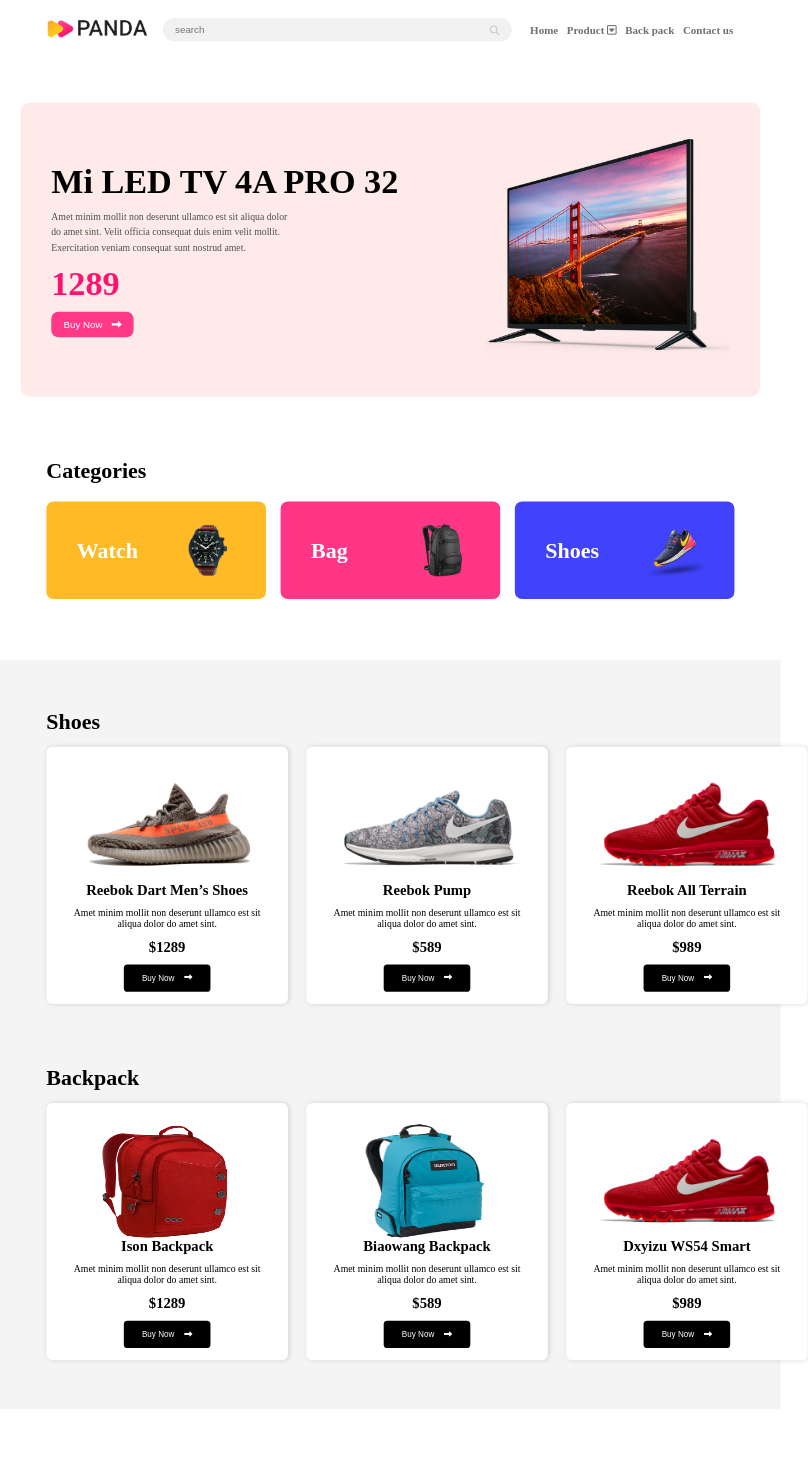
Repository: nahid-hasann/website-4
Page: index.html
These files come from the project's save history. The page is drawn as it stood at one moment and after a run of saves; the edit follows.
The browser window is 1280 px wide. The page is 1324 px wide, so the pictures cover 1324 px, including what lies to the right of the window. The pictures show the whole page, at 61% of full size.

Above is the page before, as saved 2025-07-13 23:26:51.

### index.html
<!DOCTYPE html>
<html lang="en">
<head>
    <meta charset="UTF-8">
    <meta name="viewport" content="width=device-width, initial-scale=10">
    <title>PanDa</title>
    <link rel="preconnect" href="https://fonts.googleapis.com">
<link rel="preconnect" href="https://fonts.gstatic.com" crossorigin>
<link href="https://fonts.googleapis.com/css2?family=Inter:ital,opsz,wght@0,14..32,100..900;1,14..32,100..900&family=Open+Sans:ital,wght@0,300..800;1,300..800&family=Poppins:ital,wght@0,100;0,200;0,300;0,400;0,500;0,600;0,700;0,800;0,900;1,100;1,200;1,300;1,400;1,500;1,600;1,700;1,800;1,900&family=Raleway:ital,wght@0,100..900;1,100..900&display=swap" rel="stylesheet">
    <link rel="stylesheet" href="style.css">
   <link rel="stylesheet" href="https://cdnjs.cloudflare.com/ajax/libs/font-awesome/6.7.2/css/all.min.css" integrity="sha512-Evv84Mr4kqVGRNSgIGL/F/aIDqQb7xQ2vcrdIwxfjThSH8CSR7PBEakCr51Ck+w+/U6swU2Im1vVX0SVk9ABhg==" crossorigin="anonymous" referrerpolicy="no-referrer" />
</head>
<body>

<header class="main-header">

<div class="header-img">
     <img src="assets/images/logo.png" alt="">
</div>

<div class="search-bar">
     <input type="text" name="" placeholder="search" id="">
     <i class="fa-solid fa-magnifying-glass"></i>
</div>

<nav class="navv">
    <div class="menu-bar">

<ul>
    <li>Home</li>
    <li>
        Product
        <i class="fa-regular fa-square-caret-down"></i>

        <ul>
            <li>Product 1</li>
            <li>Product 2</li>
            <li>Product 3</li>
            <li>Product 4</li>
            <li>Product 5</li>

        </ul>
    </li>
    <li>Back pack</li>
    <li>Contact us</li>
</ul>

</div>

</nav>


</header>


<main>

<section class="herosection-with-categroy">

 <div class="hero-section">

        <div class="hero-content">
            <h1>Mi LED TV 4A PRO 32</h1>
            <p>Amet minim mollit non deserunt ullamco est sit aliqua dolor <br> do amet sint. Velit officia consequat duis enim velit mollit. <br> Exercitation veniam consequat sunt nostrud amet.</p>
            <h1 class="songkha">1289</h1>
            <button class="btn">Buy Now<i class="fa-solid fa-right-long"></i></button>
        </div>

        <div class="hero-img">
            <img src="assets/images/banner-images/tv.png" alt="">
        </div>

    </div>


    <div class="hero-section-under">

        <h1>Categories</h1>

        <div class="hero-section-under-btn">

            <div class="category watch">
               <h1>Watch</h1>
               <img src="assets/images/categories/watch.png" alt="">
            </div>
            <div class="category bag">
               <h1>Bag</h1>
               <img src="assets/images/categories/bag.png" alt="">
            </div>
            <div class="category shoes">
               <h1>Shoes</h1>
               <img src="assets/images/categories/shoes.png" alt="">
            </div>


        </div>

    </div>

</section>



<section class="shobag-collection">
    <div class="shoes-collection">
        <h1>Shoes</h1>
       <div class="main-collection">
         <div class="shoes-collection1">
            <img src="assets/images/shoes/shoe-1.png" alt="">
            <h4>Reebok Dart Men’s Shoes</h4>
            <p>Amet minim mollit non deserunt ullamco est sit aliqua dolor do amet sint. </p>
            <h1>$1289</h1>
            <button class="btn1">Buy Now <i class="fa-solid fa-right-long"></i> </button>
        </div>
        <div class="shoes-collection1">
            <img src="assets/images/shoes/shoe-2.png" alt="">
            <h4>Reebok Pump</h4>
            <p>Amet minim mollit non deserunt ullamco est sit aliqua dolor do amet sint. </p>
            <h1>$589</h1>
            <button class="btn1">Buy Now <i class="fa-solid fa-right-long"></i> </button>
        </div>
        <div class="shoes-collection1">
            <img src="assets/images/shoes/shoe-3.png" alt="">
            <h4>Reebok All Terrain</h4>
            <p>Amet minim mollit non deserunt ullamco est sit aliqua dolor do amet sint. </p>
            <h1>$989</h1>
            <button class="btn1">Buy Now <i class="fa-solid fa-right-long"></i> </button>
        </div>
       </div>

       <div style="margin-top: 100px;" class="shoes-collection">
        <h1>Backpack</h1>
       <div class="main-collection">
         <div class="shoes-collection1">
            <img src="assets/images/bags/bag-1.png" alt="">
            <h4>Ison Backpack</h4>
            <p>Amet minim mollit non deserunt ullamco est sit aliqua dolor do amet sint. </p>
            <h1>$1289</h1>
            <button class="btn1">Buy Now <i class="fa-solid fa-right-long"></i> </button>
        </div>
        <div class="shoes-collection1">
            <img src="assets/images/bags/bag-2.png" alt="">
            <h4>Biaowang Backpack</h4>
            <p>Amet minim mollit non deserunt ullamco est sit aliqua dolor do amet sint. </p>
            <h1>$589</h1>
            <button class="btn1">Buy Now <i class="fa-solid fa-right-long"></i> </button>
        </div>
        <div class="shoes-collection1">
            <img src="assets/images/shoes/shoe-3.png" alt="">
            <h4>Dxyizu WS54 Smart</h4>
            <p>Amet minim mollit non deserunt ullamco est sit aliqua dolor do amet sint. </p>
            <h1>$989</h1>
            <button class="btn1">Buy Now <i class="fa-solid fa-right-long"></i> </button>
        </div>
       </div>
    </div>
</section>


</main>




</body>
</html>

### style.css
*{
    margin: 0;
    padding: 0;
    box-sizing: border-box;
}

.main-header{
    display: flex;
    width: 1124px;
    margin: 30px auto;
    align-items: center;
    justify-content: space-between;
    gap: 30px;

}

.header-img{
    width: 159px;
}

.search-bar {
    background-color: #f1f1f1;
    border-radius: 30px;
    width: 300px;
    display: flex;
    flex: 1;
    padding: 10px 20px;
    display: flex;
    align-items: center;
}

.search-bar input{
    border: none;
    font-size: 16px;
    /* rgba(204, 204, 204, 1) */
    color: rgba(204, 204, 204, 1);
    flex: 1;
    background-color: transparent;
    outline: none;

}


.search-bar i{
    font-size: 16px;
    color: rgba(204, 204, 204, 1);
}

.navv{
    display: flex;
}

.menu-bar ul{
    display: flex;
    gap: 14px;
}

.menu-bar ul li{
    list-style: none;
    font-size: 18px;
    position: relative;
    cursor: pointer;
    color: #707070;
    font-weight: 700;
}

.menu-bar ul li ul{
    position: absolute;
    top: 100%;
    left: 0;
    z-index: 10;
    display: none;
    min-width: 120px;
    padding: 20px 0px;
    box-shadow: 0 2px 10px rgba(0,0,0,0.1);
}

.menu-bar ul li ul li{
    /* margin: auto auto 10px auto; */
    margin-bottom: 10px;
    /* margin: auto; */
    padding: 0  15px 0 28px;
    cursor: pointer;
    font-weight: 700;
    font-size: 18px;
}

.menu-bar ul li:hover ul{
    display: block;
}

.herosection-with-categroy{

}

.hero-section{
    display: flex;
    justify-content: space-between;
    width: 1212px;
    margin:100px auto;
    gap: 60px;
    background-color: rgba(254, 234, 233, 1);
    border-radius: 15px;
    padding: 50px;
    align-items: center;
}



.hero-content h1{
     font-size: 56px;
     font-weight: 700;
}

.hero-section p{
    font-size: 16px;
    color: rgba(78, 78, 78, 1);
    margin: 14px 0;
    line-height: 25px;
}

.songkha{
    font-size: 40px;
    color: rgba(255, 19, 111, 1);
    margin-bottom: 15px;
}

.btn{
    color: white;
    font-size: 16px;
    background: #ff3887;
    padding: 12px 20px;
    border-radius: 12px;
    border: none;
    gap: 15px;
    display: flex;
}

.hero-img img{
    width: 400px;
    height: 378px;
}

.hero-section-under{
    width: 1128px;
    margin: auto;
}

.hero-section-under h1{
    font-size: 36px;
}

.hero-section-under-btn{
    display: flex;
    justify-content: space-between;
    align-items: center;
    margin-top: 30px;
}

.category{
    width: 360px;
    height: 160px;
    display: flex;
    justify-content: space-between;
    align-items: center;
    padding: 0 50px;
    border-radius: 12px;
}

.category h1{
    color: white;
}

.category img{
    width: 90px;
    height: 90px;
}

.watch{
    background: #ffba26;
}

.bag{
    background: #ff3585;
}

.shoes{
    background: #4043fb;
}

.shobag-collection{
    background-color: #f4f4f4;
    margin: 100px 0;
    padding: 80px 0;
}

.main-collection{
    display: flex;
    justify-content: space-between;
    align-items: center;
    gap: 30px;
}

.shoes-collection{
    width: 1128px;
    margin: auto;
}

.shoes-collection h1{
    font-size: 36px;
    margin-bottom: 20px;
}

.shoes-collection1{
 box-shadow: 2px 0px 8px 0px rgb(0 0 0 / 15%);
 background-color: white;
padding: 20px 30px;
border-radius: 10px;
text-align: center;
display: flex;
flex-direction: column;
align-items: center;
}

.shoes-collection1 h4{
    font-size: 24px;
    /* text-align: center; */
}

.shoes-collection1 img{
    width: 336px;
    height: 202px;
}

.shoes-collection1 p{
    font-size: 16px;
    /* text-align: center; */
    margin: 15px 0;
}

.shoes-collection1 h1{
    font-size: 24px;
    /* text-align: center; */
    margin-bottom: 15px;
}

.btn1 {
    display: flex;
    gap: 16px;
    padding: 15px 30px;
    background-color: black;
    color: white;
    border: none;
    border-radius: 6px;
}

After the next 3 saves:
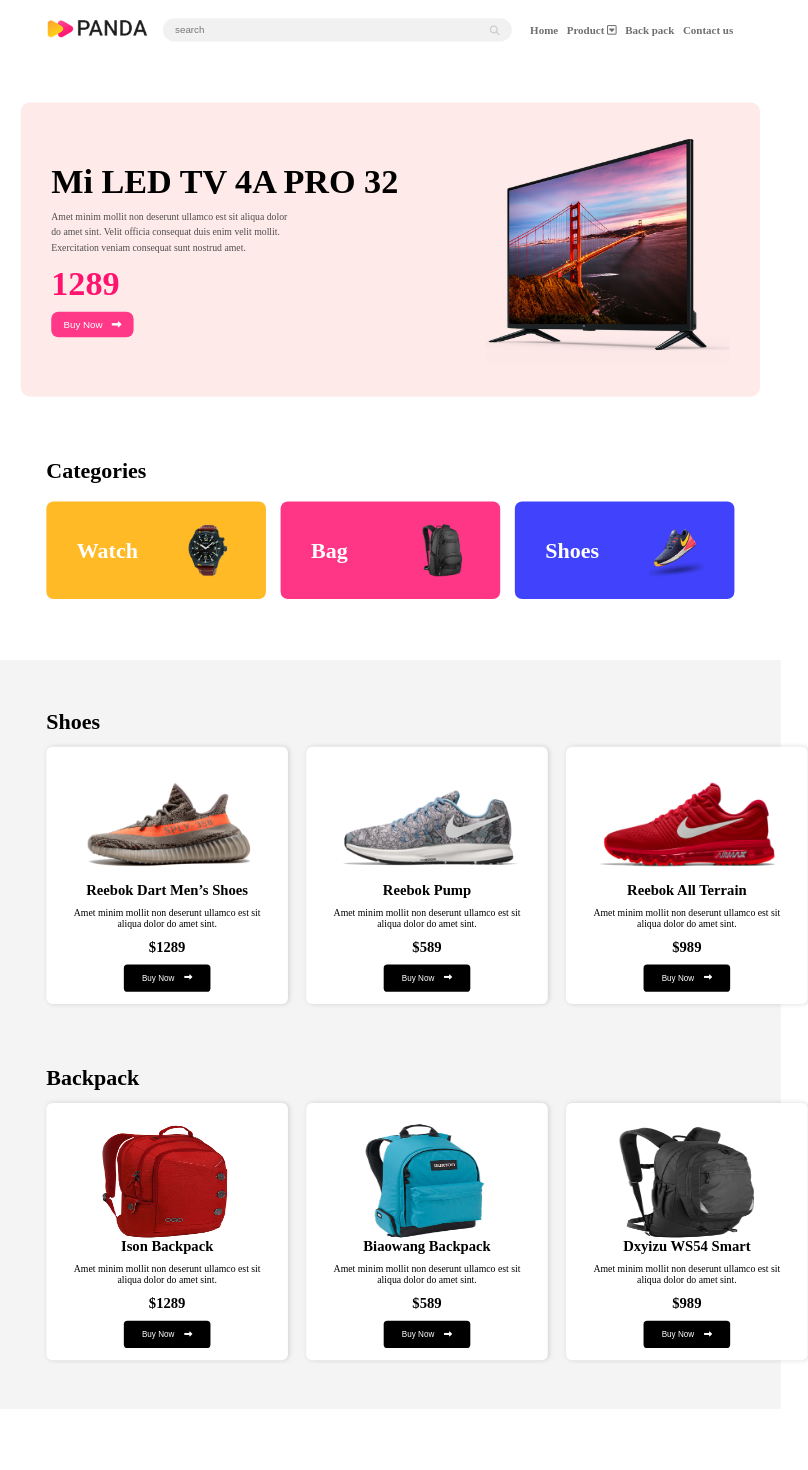
The 3 saves are shown as one change because they came seconds apart.
The last was saved 10 s later.
--- a/index.html
+++ b/index.html
@@ -146,7 +146,7 @@
             <button class="btn1">Buy Now <i class="fa-solid fa-right-long"></i> </button>
         </div>
         <div class="shoes-collection1">
-            <img src="assets/images/shoes/shoe-3.png" alt="">
+            <img src="assets/images/bags/bag-3.png" alt="">
             <h4>Dxyizu WS54 Smart</h4>
             <p>Amet minim mollit non deserunt ullamco est sit aliqua dolor do amet sint. </p>
             <h1>$989</h1>
